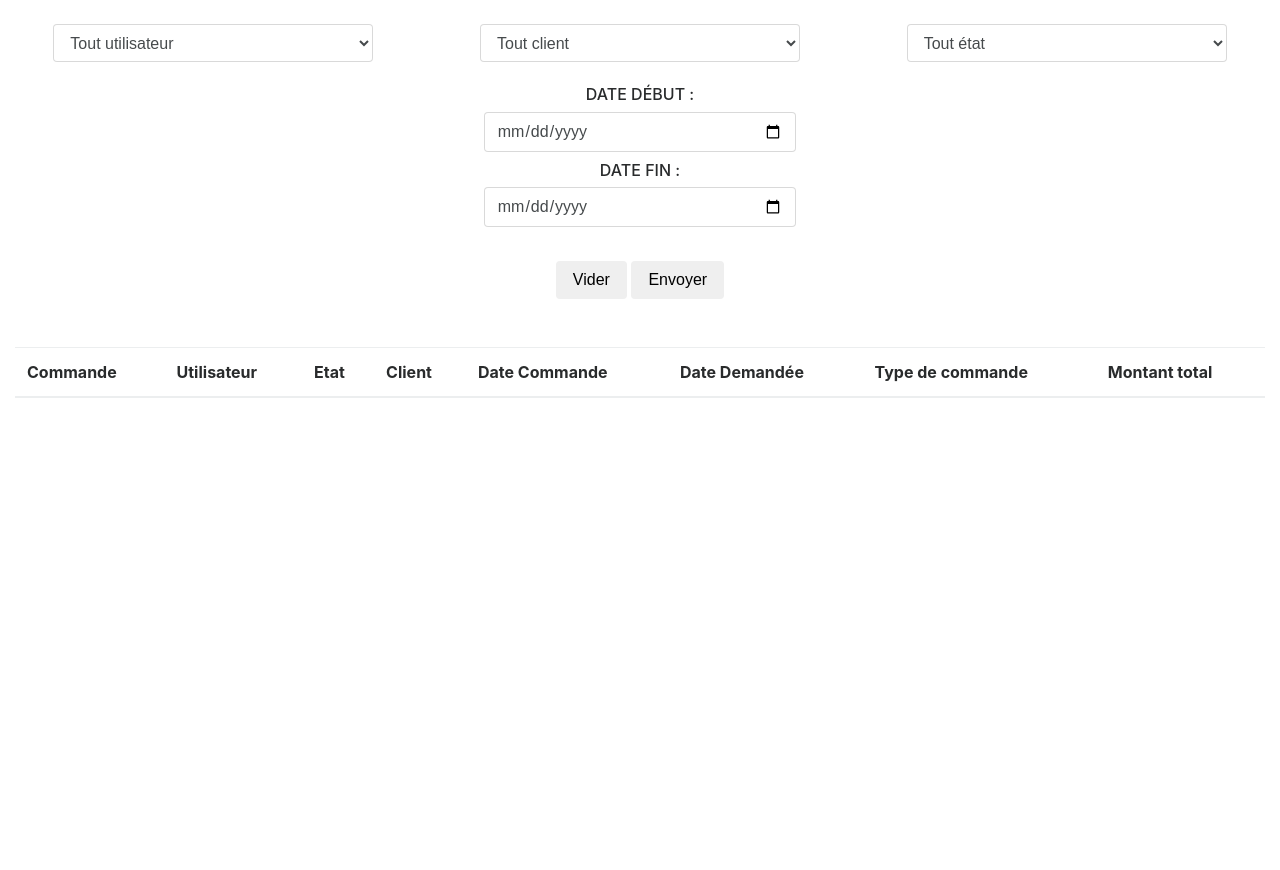
Repository: vmele/Cote
Page: http://localhost/PPE4_VMELE/reporting.jsp
These files come from the project's save history. The page is drawn as it stood at one moment and after the next save; the edit follows.
The browser window is 1280 px wide. The pictures show the whole page.
Some web libraries are served in a nearby version. The page is served by Tomcat 9. Queries for data that is not in the repository find no rows.

Above is the page before, as saved 2017-05-31 16:38:21.
Console error (its wording comes from the project's code and is left out).

After the next save:
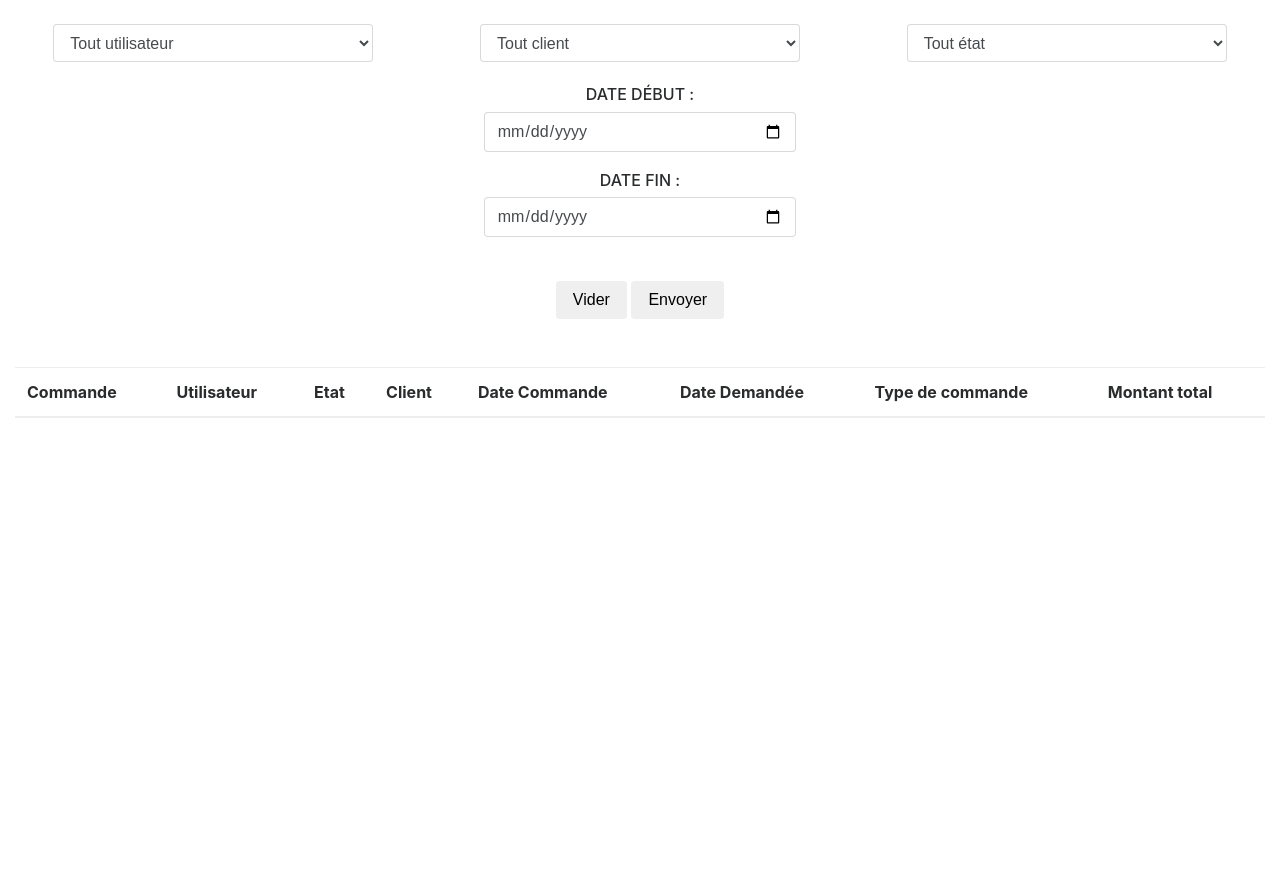
Saved 9 s later.
--- a/Workspace/PPE4_VMELE/WebContent/css/style.css
+++ b/Workspace/PPE4_VMELE/WebContent/css/style.css
@@ -16,7 +16,7 @@ h6 {
 
 	margin-right : auto;
 	margin-left : auto;
-	margin-bottom : 10px;
+	margin-bottom : 20px;
 }
 
 .selecteur btn {
